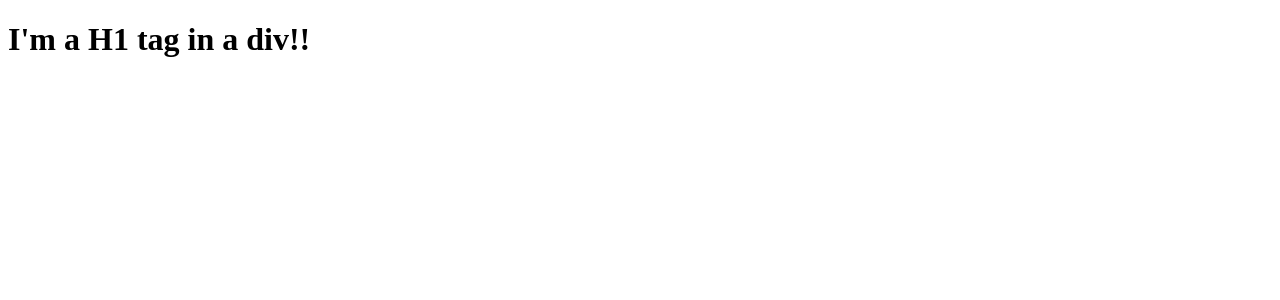
Repository: SrijanaGupta/lets-react
Page: index.html
These files come from the project's save history. The page is drawn as it stood at one moment and after a run of saves; the edit follows.
The browser window is 1280 px wide. The pictures show the whole page.

Above is the page before, as saved 2024-07-04 21:07:58.

After the next 3 saves:
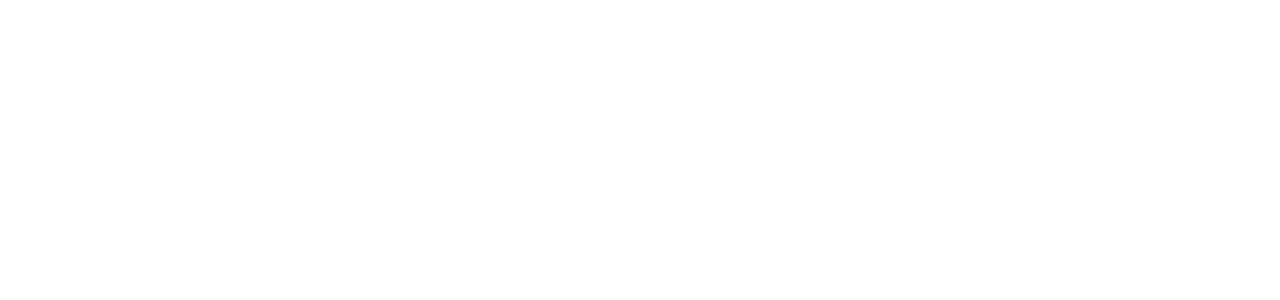
Console error: SyntaxError: missing ) after argument list
The 3 saves are shown as one change because they came seconds apart.
The last was saved 11 s later.
--- a/App.js
+++ b/App.js
@@ -1,6 +1,8 @@
-//creating hierarichal structure in HTML via
+//creating hierarichal structure in HTML via React
 const parent = React.createElement('div', {id:'parent'},
-    React.createElement('div', {id:'child'},
+    React.createElement('div', {id:'child'}, [
+        {}
+    ]
     React.createElement('h1',{}, "I'm a H1 tag in a div!!")))
 
 React.createElement('h1', {id:"heading"}, 'Hello World from React!!');

After the 5 saves that followed:
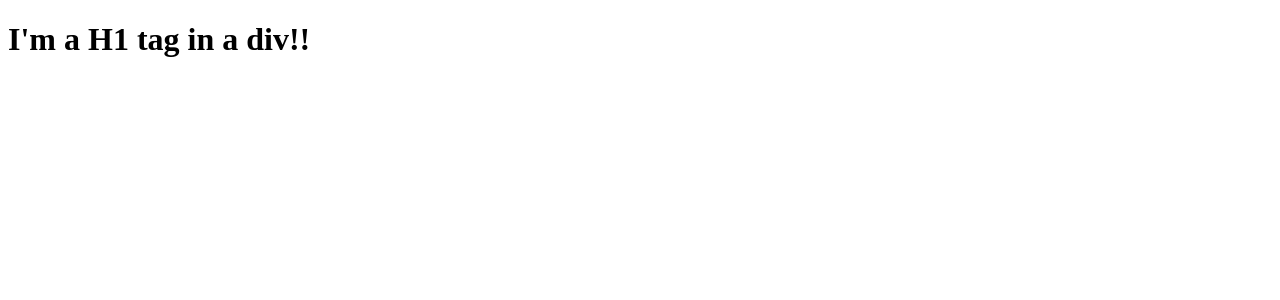
The error is gone.
The 5 saves are shown as one change because 1 left the picture as it was and some came seconds apart.
The last was saved 61 s later.
--- a/App.js
+++ b/App.js
@@ -1,9 +1,10 @@
 //creating hierarichal structure in HTML via React
 const parent = React.createElement('div', {id:'parent'},
     React.createElement('div', {id:'child'}, [
-        {}
+        React.createElement('h1',{}, "I'm a H1 tag in a div!!"),
+
     ]
-    React.createElement('h1',{}, "I'm a H1 tag in a div!!")))
+    ))
 
 React.createElement('h1', {id:"heading"}, 'Hello World from React!!');
 const root = ReactDOM.createRoot(document.getElementById('root'));
